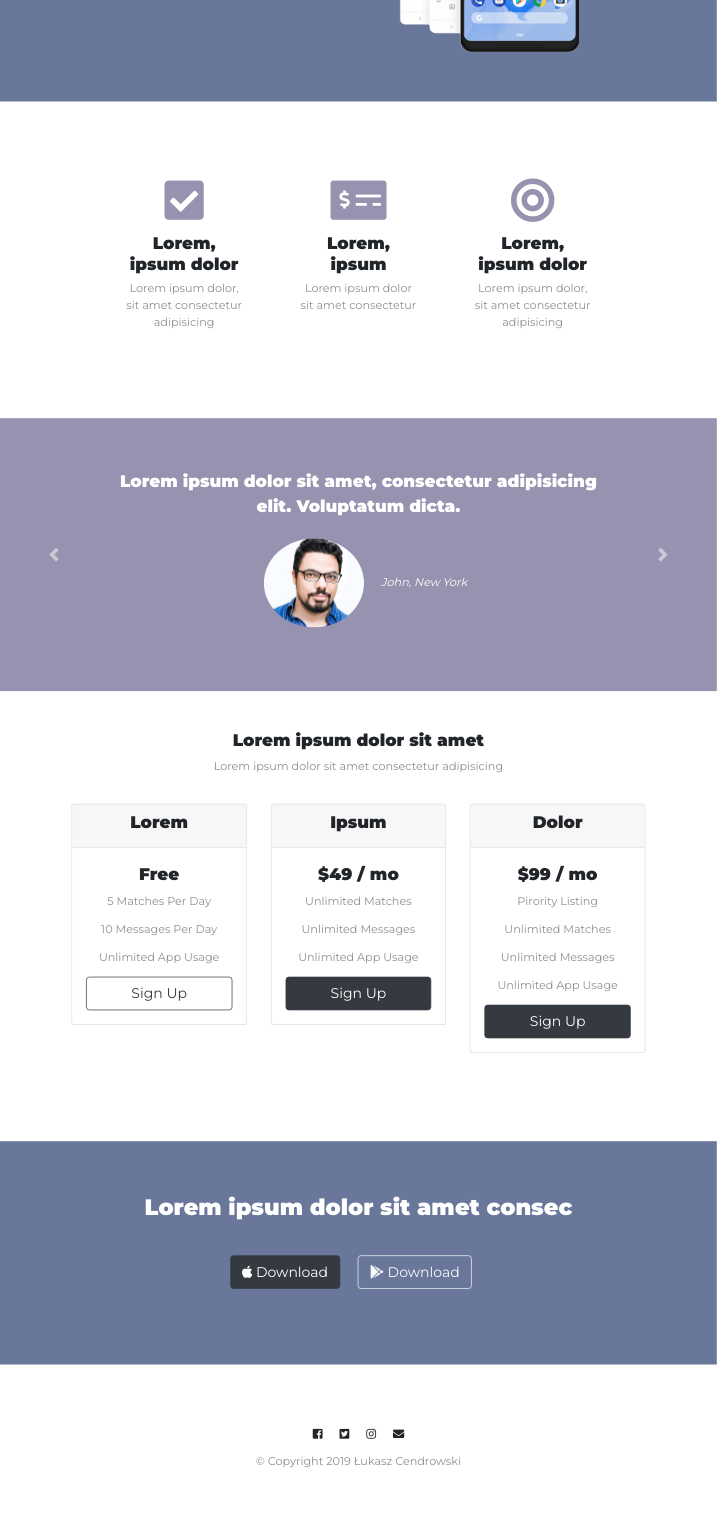
Repository: Isanderr/Simple_landing_page_2-Bootstrap4
Page: index.html
An editor plug-in stored every save of this project. The page is shown before and after the next save, followed by the edit.
The browser window is 1024 px wide. The pictures show the part of the page from y = 395 to 2635 px (the page is 2584 px tall before and 2635 px after), at 70% of full size.
Some web libraries are served in a nearby version.

Above is the page before, as saved 2019-02-03 22:02:22.

### index.html
<!DOCTYPE html>
<html>

  <head>
    <meta charset="utf-8">
    <meta name="viewport" content="width=device-width, initial-scale=1, shrink-to-fit=no">
    <title>App-landingpage</title>
    <link rel="stylesheet" href="https://stackpath.bootstrapcdn.com/bootstrap/4.2.1/css/bootstrap.min.css" integrity="sha384-GJzZqFGwb1QTTN6wy59ffF1BuGJpLSa9DkKMp0DgiMDm4iYMj70gZWKYbI706tWS"
      crossorigin="anonymous">
    <link rel="stylesheet" href="https://use.fontawesome.com/releases/v5.7.1/css/all.css" integrity="sha384-fnmOCqbTlWIlj8LyTjo7mOUStjsKC4pOpQbqyi7RrhN7udi9RwhKkMHpvLbHG9Sr"
      crossorigin="anonymous">
    <link href="https://fonts.googleapis.com/css?family=Montserrat:300,400,900|Ubuntu:400,700" rel="stylesheet">
    <link rel="stylesheet" href="css/styles.css">
  </head>

  <body>
    <section id="title">
      <div class="container-fluid">
        <!-- Nav Bar -->
        <nav class="navbar navbar-expand-lg navbar-dark fixed-top ">
          <a class="navbar-brand" href="">Your-app</a>
          <button class="navbar-toggler" type="button" data-toggle="collapse" data-target="#navbarTogglerDemo02">
            <span class="navbar-toggler-icon"></span>
          </button>
          <div class="collapse navbar-collapse" id="navbarTogglerDemo02">
            <ul class="navbar-nav ml-auto">
              <li class="nav-item">
                <a class="nav-link" href="#footer">Contact</a>
              </li>
              <li class="nav-item">
                <a class="nav-link" href="#pricing">Pricing</a>
              </li>
              <li class="nav-item">
                <a class="nav-link" href="#cta">Download</a>
              </li>
              <li class="nav-item">
                <a class="nav-link" href="#title">Back to top</a>
              </li>
            </ul>
          </div>
        </nav>
        <!-- Title -->
        <div class="row">
          <div class="col-lg-6">
            <h1 class="big-heading">Lorem ipsum dolor sit amet conse</h1>
            <button type="button" class="btn btn-dark btn-lg download-btn"><i class="fab fa-apple"></i> Download</button>
            <button type="button" class="btn btn-outline-light btn-lg download-btn"><i class="fab fa-google-play"></i>
              Download</button>
          </div>
          <div class="col-lg-6">
            <img src="images/android-phone.png" alt="andoind-phone" class="title-img">
          </div>
        </div>
      </div>
    </section>
    <!-- Features -->
    <section id="features">
      <div class="row">
        <div class="feature-box col-lg-4">
          <i class="fas fa-check-square fa-4x icon"></i>
          <h3>Lorem, ipsum dolor</h3>
          <p>Lorem ipsum dolor, sit amet consectetur adipisicing</p>
        </div>
        <div class="feature-box col-lg-4">
          <i class="fas fa-money-check-alt fa-4x icon"></i>
          <h3>Lorem, ipsum</h3>
          <p>Lorem ipsum dolor sit amet consectetur</p>
        </div>
        <div class="feature-box col-lg-4">
          <i class="fas fa-bullseye fa-4x icon"></i>
          <h3>Lorem, ipsum dolor</h3>
          <p>Lorem ipsum dolor, sit amet consectetur adipisicing</p>
        </div>
      </div>
    </section>
    <!-- Testimonials -->
    <section id="testimonials">
      <div id="testimonial-carousel" class="carousel slide" data-ride="false">
        <div class="carousel-inner">
          <div class="carousel-item active">
            <h2 class="testimonial-text">Lorem ipsum dolor sit amet, consectetur adipisicing elit. Voluptatum dicta.</h2>
            <img class="testimonial-img" src="images/men.jpg" alt="men-profile">
            <em>John, New York</em>
          </div>
          <div class="carousel-item">
            <h2 class="testimonial-text">Lorem ipsum dolor sit amet consectetur adipisicing elit. Nostrum.</h2>
            <img class="testimonial-img" src="images/woman.jpg" alt="lady-profile">
            <em>Beverly, Illinois</em>
          </div>
        </div>
        <a class="carousel-control-prev" href="#testimonial-carousel" role="button" data-slide="prev">
          <span class="carousel-control-prev-icon"></span>
        </a>
        <a class="carousel-control-next" href="#testimonial-carousel" role="button" data-slide="next">
          <span class="carousel-control-next-icon"></span>
        </a>
      </div>
    </section>
    <!-- Press -->
    <!-- <section id="press">
      <img class="press-logo" src="images/techcrunch.png" alt="tc-logo">
      <img class="press-logo" src="images/tnw.png" alt="tnw-logo">
      <img class="press-logo" src="images/mashable.png" alt="mashable-logo">
      <img class="press-logo" src="images/bizinsider.png" alt="biz-insider-logo">
    </section> -->
    <!-- Pricing -->
    <section id="pricing">
      <h2>Lorem ipsum dolor sit amet</h2>
      <p>Lorem ipsum dolor sit amet consectetur adipisicing</p>
      <div class="row">
        <div class="pricing-column col-lg-4 col-md-6">
          <div class="card">
            <div class="card-header">
              <h3>Lorem</h3>
            </div>
            <div class="card-body">
              <h2>Free</h2>
              <p>5 Matches Per Day</p>
              <p>10 Messages Per Day</p>
              <p>Unlimited App Usage</p>
              <button class="btn btn-lg btn-block btn-outline-dark" type="button">Sign Up</button>
            </div>
          </div>
        </div>
        <div class="pricing-column col-lg-4 col-md-6">
          <div class="card">
            <div class="card-header">
              <h3>Ipsum</h3>
            </div>
            <div class="card-body">
              <h2>$49 / mo</h2>
              <p>Unlimited Matches</p>
              <p>Unlimited Messages</p>
              <p>Unlimited App Usage</p>
              <button class="btn btn-lg btn-block btn-dark" type="button">Sign Up</button>
            </div>
          </div>
        </div>
        <div class="pricing-column col-lg-4 col-md-12">
          <div class="card">
            <div class="card-header">
              <h3>Dolor</h3>
            </div>
            <div class="card-body">
              <h2>$99 / mo</h2>
              <p>Pirority Listing</p>
              <p>Unlimited Matches</p>
              <p>Unlimited Messages</p>
              <p>Unlimited App Usage</p>
              <button class="btn btn-lg btn-block btn-dark" type="button">Sign Up</button>
            </div>
          </div>
        </div>
      </div>
    </section>
    <!-- Call to Action -->
    <section id="cta">
      <h3 class="cta-heading">Lorem ipsum dolor sit amet consec</h3>
      <button class="btn btn-lg btn-dark download-btn" type="button"><i class="fab fa-apple"></i> Download</button>
      <button class="btn btn-outline-light btn-lg download-btn" type="button"><i class="fab fa-google-play"></i>
        Download</button>
    </section>
    <!-- Footer -->
    <footer id="footer">
      <i class="social-icon fab fa-facebook-square"></i>
      <i class="social-icon fab fa-twitter-square"></i>
      <i class="social-icon fab fa-instagram"></i>
      <i class="social-icon fas fa-envelope"></i>
      <p>© Copyright 2019 Łukasz Cendrowski</p>
    </footer>
    <script src="https://code.jquery.com/jquery-3.3.1.slim.min.js" integrity="sha384-q8i/X+965DzO0rT7abK41JStQIAqVgRVzpbzo5smXKp4YfRvH+8abtTE1Pi6jizo"
      crossorigin="anonymous"></script>
    <script src="https://cdnjs.cloudflare.com/ajax/libs/popper.js/1.14.6/umd/popper.min.js" integrity="sha384-wHAiFfRlMFy6i5SRaxvfOCifBUQy1xHdJ/yoi7FRNXMRBu5WHdZYu1hA6ZOblgut"
      crossorigin="anonymous"></script>
    <script src="https://stackpath.bootstrapcdn.com/bootstrap/4.2.1/js/bootstrap.min.js" integrity="sha384-B0UglyR+jN6CkvvICOB2joaf5I4l3gm9GU6Hc1og6Ls7i6U/mkkaduKaBhlAXv9k"
      crossorigin="anonymous"></script>
  </body>

</html>

### css/styles.css

/* fonts */
/* font-family: 'Ubuntu', sans-serif;
font-family: 'Montserrat', sans-serif; */

/* colors */
/* #d7eaea
#acdbdf
#9692af
#69779b */

body {
    font-family: 'Montserrat', sans-serif;
}

h1, h2, h3, h4, h5, h6 {
    font-family: 'Montserrat', sans-serif;
    font-weight: 900;
}

h2 {
    font-size: 2rem;
    line-height: 1.5;
}

h3 {
    font-size: 1.5rem;
}

p {
    color: #8f8f8f;
}





/* headings */

.big-heading {
    font-family: 'Montserrat', sans-serif;
    font-weight: 900;
    font-size: 3rem;
    line-height: 1.5;
}

#title {
    padding-top: 86px;
    background-color: #69779b;
    color: #ffffff;
}

.container-fluid{
    padding: 3% 15% 7%;
}
/* Nav */

.navbar {
    background-color:rgba(105, 119, 155, 0.9);
}

.navbar-brand{
    font-family: 'Ubuntu', sans-serif;
    font-size: 2.5rem;
    font-weight: 900;
}

.nav-item {
    padding: 0 18px;
}

.nav-link {
    font-size: 1.2rem;
    font-weight: 300;
}

/* download buttons */

.download-btn {
    margin: 5% 3% 5% 0;
}

/* title img */

.title-img {
    max-width: 75%;
    transform: rotate(15deg);
    position: absolute;
    right: 20%;
}

/* features */

#features {
    padding: 7% 15%;
    background-color: #ffffff;
    position: relative;

}

.feature-box {
    text-align: center;
    padding: 5%;
}
.icon {
    color: #9692af;
    margin-bottom: 1rem;
}

.icon:hover {
    color: #69779b;
}

/* testimonial */

#testimonials {
    text-align: center;
    background-color: #9692af;
    color: #ffffff;
}

.testimonial-img {
    width: 20%;
    border-radius: 100%;
    margin: 20px;
}

.carousel-item {
    padding: 7% 15%;
}

/* #press {
    background-color: #9692af;
    text-align: center;
    padding-bottom: 3%;
}

.press-logo {
    width: 15%;
    margin: 20px 20px 50px;
} */

/* pricing */

#pricing {
    padding: 100px;
    text-align: center;
}

.pricing-column {
padding: 3% 2%;
}

/* cta */

#cta {
    background-color: #69779b;
    color: #ffffff;
    padding: 7% 15%;
    text-align: center;
}

.cta-heading {
    font-family: 'Montserrat', sans-serif;
    font-weight: 900;
    font-size: 2.5rem;
    line-height: 1.5;
}

/* footer */

#footer {
    padding: 7% 15%;
    text-align: center;
}

.social-icon {
    margin: 20px 10px;
}



@media only screen and (max-width: 1086px) {

h1.big-heading{
    font-size: 2rem;
}

h2 {
    font-size: 1.5rem;
}

h2.testimonial-text{
    font-size: 1.5rem;
}

h3.cta-heading{
    font-size: 2rem;
}

.navbar-brand {
    font-size: 1.5rem;
}

#pricing {
    padding-top: 5%;
}

    #title {
        text-align: center;
    }
    .title-img {
        position: static;
        transform: rotate(0);
    }
}

After the next save:
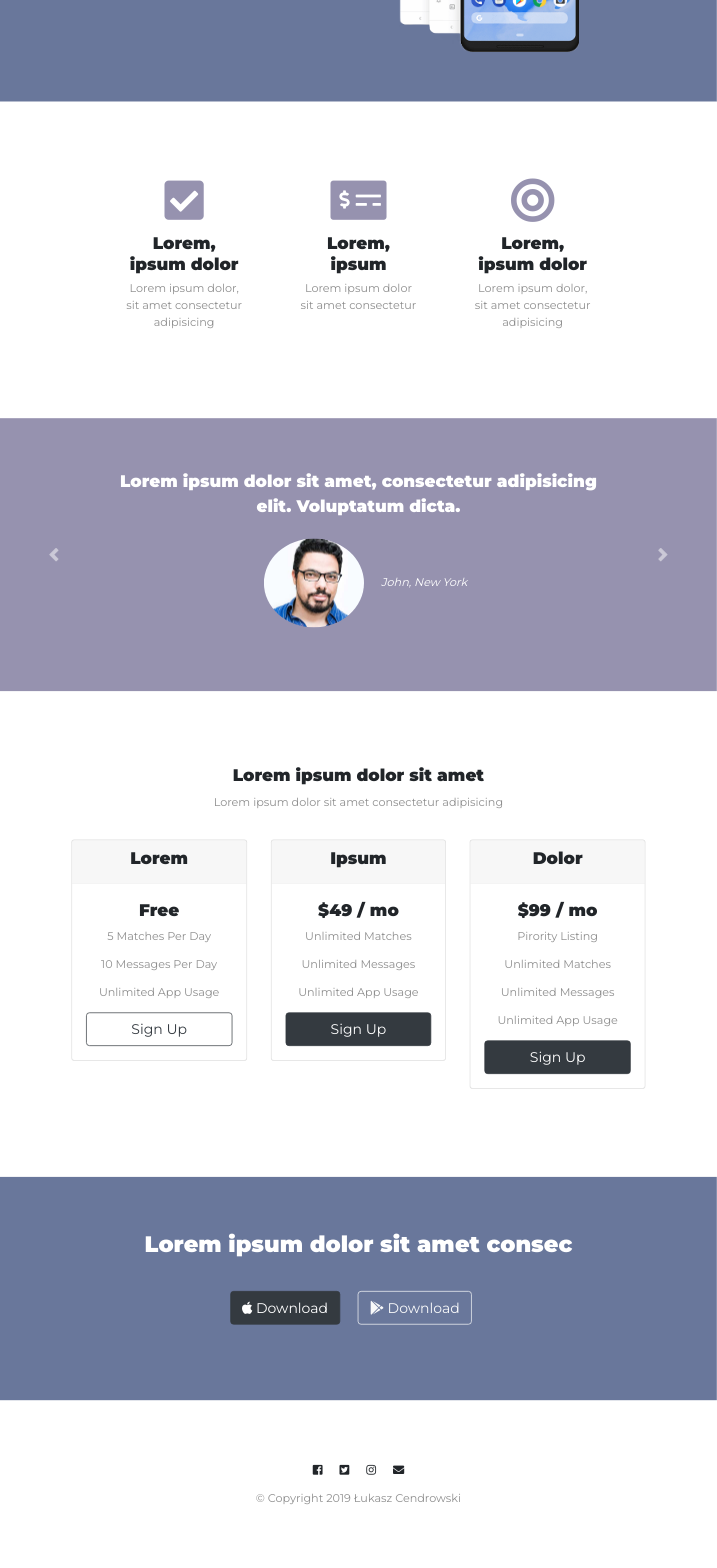
Saved 8 s later.
--- a/css/styles.css
+++ b/css/styles.css
@@ -203,7 +203,7 @@
 }
 
 #pricing {
-    padding-top: 5%;
+    padding-top: 10%;
 }
 
     #title {
